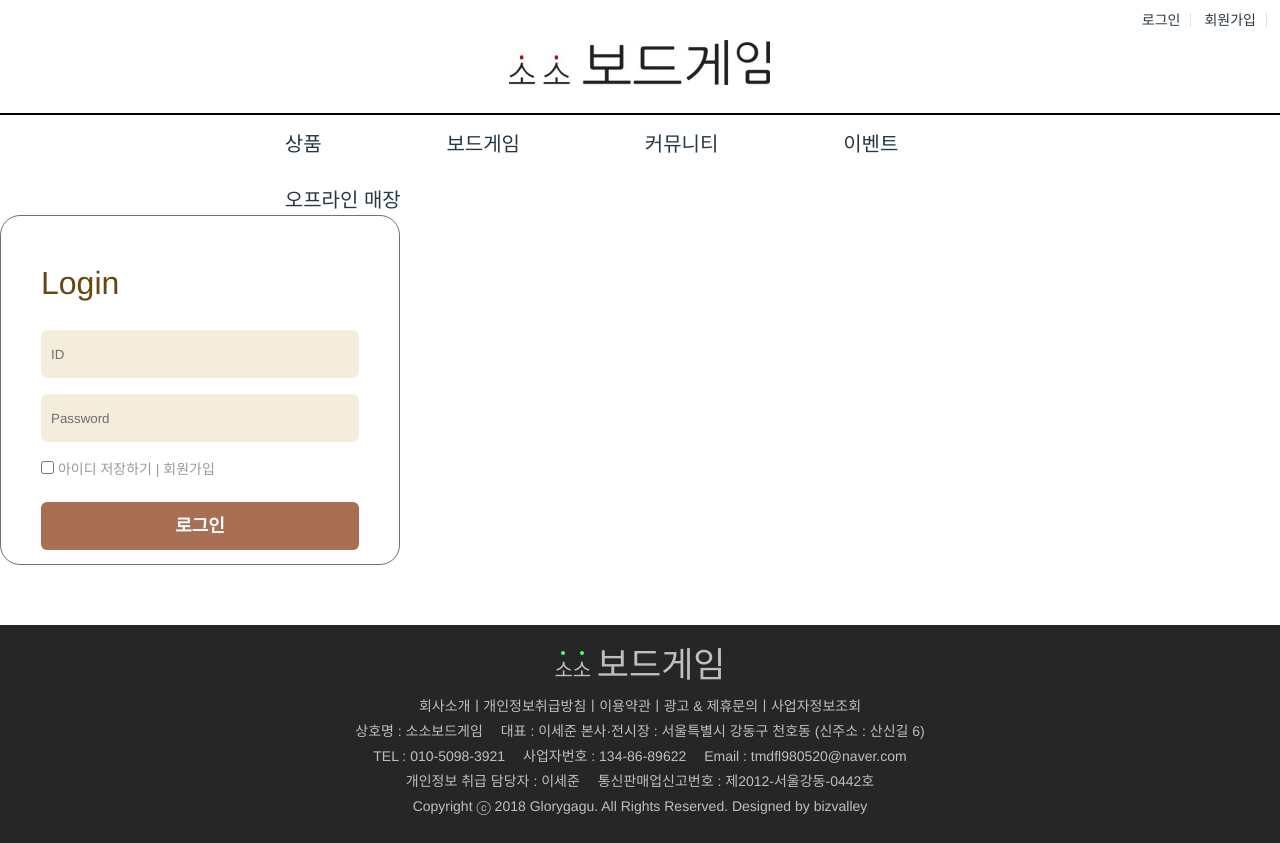
Repository: sejun98/sosobordgameJSP
Page: http://localhost/singup/login_form.jsp
These files come from the project's save history. The page is drawn as it stood at one moment and after the next save; the edit follows.
The browser window is 1280 px wide. The pictures show the whole page.
Some web fonts or font styles are not loaded; a fallback is used. The page is served by Tomcat 9.

Above is the page before, as saved 2022-10-07 07:27:07.

### singup/src/main/webapp/login_form.jsp
<%@ page language="java" contentType="text/html; charset=UTF-8"
    pageEncoding="UTF-8"%>
<%@ page import="java.sql.*" %>
<%@ page import="java.text.*" %>
<%@ page import="java.util.*, java.lang.*"  %>
<!DOCTYPE html>
<html>
<head>
<meta charset="UTF-8">
<title>로그인 폼</title>
<link rel="shortcut icon" href="images/pabicon.ico">
<link rel="stylesheet" href="css/login.css">
<link rel="stylesheet" href="css/reset.css">
<link href="https://fonts.googleapis.com/css?family=Nanum+Gothic" rel="stylesheet">
<link rel="stylesheet" type="text/css" href="css/slick.css">
<link rel="stylesheet" type="text/css" href="css/slick-theme.css">
<link href="https://fonts.googleapis.com/css?family=Poor+Story" rel="stylesheet">


</head>
<body>

<%
	String name = (String)session.getAttribute("name");
	if(name == null) {
%>
<!--header start//-->
<header id="dowowow">
	<a href="#dowowow" class="ssg"><div id="top"></div></a>
	<div id="header_top">
		<ul>
			<li><a href="#">로그인</a></li>
			<li><a href="#">회원가입</a></li>
		</ul>
	</div>
	<div id="logo">
		<a href="index.html"><img src="images/design_index_03red.jpg" alt="헤드메뉴" width="262" sizes="100%"></a>
	</div>
	<div class="header_menu">
		<ul>
			<div class="header_menu_bar">
				<li><a href="Good.html" class="bold">상품</a></li>
				<li><a href="#">보드게임</a></li>
				<li><a href="board.html" class="bold">커뮤니티</a></li>
				<li><a href="event.html" class="bold">이벤트</a></li>
				<li><a href="#">오프라인 매장</a></li>
			</div>
		</ul>
	</div>
</header>
<!--header end//-->
<div class="menu">
	<div class="container">
	<div class="login-wrapper">
			<h2>Login</h2>
			<form method="post" action="<%= request.getContextPath() %>/login_pro.jsp" id="login-form">
				<input type="text" name="id" placeholder="ID">
				<input type="password" name=pw placeholder="Password">
				<label for="remember-check" class="idsave">
					<input type="checkbox" id="remember-check">  아이디 저장하기 | 회원가입
				</label>
				<input type="submit" value="로그인">
			</form>
	</div>

<footer>
	<div class="footer_box">
		<div class="footer_title">
			<span id="susu">소소
				<span class="footer_title_wja"></span>
				<span class="footer_title_wja2"></span>
			</span>
			보드게임
		</div>
		<div class="footer_txt">
			회사소개ㅣ개인정보취급방침ㅣ이용약관ㅣ광고 & 제휴문의ㅣ사업자정보조회<br>
			상호명 : 소소보드게임  　대표 : 이세준   본사·전시장 : 서울특별시 강동구 천호동 (신주소 : 산신길 6) <br>

			TEL : 010-5098-3921　  사업자번호 : 134-86-89622  　Email : tmdfl980520@naver.com <br>

			개인정보 취급 담당자 : 이세준  　통신판매업신고번호 : 제2012-서울강동-0442호 <br>

			Copyright ⓒ 2018 Glorygagu. All Rights Reserved. Designed by bizvalley
		</div>
	</div>
</footer>


<script src="https://code.jquery.com/jquery-2.2.0.min.js" type="text/javascript"></script>
<script type="text/javascript">
 $(document).ready(function() {
    $("a.ssg").anchorAnimate()
 });
 jQuery.fn.anchorAnimate = function(settings) {
    settings = jQuery.extend({
    speed : 1000
    }, settings);
    return this.each(function(){
    var caller = this
    $(caller).click(function (event) {
    event.preventDefault()
    var locationHref = window.location.href
    var elementClick = $(caller).attr("href")
    var destination = $(elementClick).offset().top;
    $("html:not(:animated),body:not(:animated)").animate({ scrollTop: destination}, settings.speed, function()
    {
    window.location.hash = elementClick
    });
     return false;
    })
    })
 }
</script>
<%
	} else {
			%>
		<%= name %>님 로그인 중
		<a href="<% request.getContextPath(); %> logout.jsp">로그아웃</a>
		<%
	}
%>

</body>
</html>

### singup/src/main/webapp/css/login.css

header {
	width: 100%;
}

#header_top {
	float: right;
}
#header_top ul li {
	float: left;
	padding: 13px;
	padding-left: 0;
	line-height: 1;
}
#header_top ul li:nth-child(1) a{
	border-right: solid 1px;
	border-color: #E0E0E0;
	margin: 0px;
}
#header_top ul li:nth-child(2) a{
	margin-right: 0;
	border-right: solid 1px;
	border-color: #E0E0E0;
	margin: 0px;
}

#header_top ul li a {
	display: block;
	margin-right: 65px;
	padding-right: 10px;
}
header #logo {
	clear: both;
	text-align: center;
	margin-bottom: 20px;
}
.header_menu {
	width:100%;
	height: 60px;
	border-top: solid 2px;
}
.header_menu ul li {
	float: left;
	margin-left: 13%;
}
.header_menu ul li a {
	display: block;
	padding: 12px 0px 10px 0px;
	font-size: 20px;
	font-family: 'Nanum Gothic', sans-serif;
}
.header_menu ul li .bold:hover {
	font-weight:bold;
}
.header_menu ul li:nth-child(5) {
	float: left;
}
.header_menu_bar{
	width: 75%;
	margin: 0 auto;

}
/*header end //----------------------------*/
/*container start ------*/
*{
    padding: 0;
    margin: 0;
    border: none;
}
body{
    font-size: 14px;
    font-family: 'Roboto', sans-serif;
}


.login-wrapper{
	margin-top: 40px;
	border: 1px solid rgb(112, 112, 112);
	border-radius: 20px;
    width: 400px;
    height: 350px;
    padding: 40px;
    box-sizing: border-box;
}

.login-wrapper > h2{
    font-size: 32px;
    color: #68460f;
    margin-bottom: 20px;
}
#login-form > input{
    width: 100%;
    height: 48px;
    padding: 0 10px;
    box-sizing: border-box;
    margin-bottom: 16px;
    border-radius: 6px;
    background-color: #F5EDDC;
}
#login-form > input::placeholder{
    color: #6d6d6d;
}
#login-form > input[type="submit"]{
    color: #fff;
    font-size: 18px;
	font-weight: bold;
    background-color: #a86f55;
    margin-top: 20px;
}
#login-form > input[type="checkbox"]{
    display: none;
}
#login-form > label{
    color: #999999;
}
#login-form input[type="checkbox"] + label{
    cursor: pointer;
    padding-left: 26px;
    background-image: url("checkbox.png");
    background-repeat: no-repeat;
    background-size: contain;
}
#login-form input[type="checkbox"]:checked + label{
    background-image: url("checkbox-active.png");
    background-repeat: no-repeat;
    background-size: contain;
}
.idsave{
	margin-left : 20%;
}

/*container end ------*/
.down_box {
	width: 100%;
	height: 296px;
	background-color: #CDFFC3;
	float: left;
}
.down_box_img {
	background-image: url(../images/User_dow.jpg);
	background-repeat: no-repeat;
	width: 50%;height: 300px;
	float: left;
}
.down_box_txt {
	color: white;
	font-size: 35px;
	text-align: center;
	margin-top: 60px;
	position: relative;
}
.down_soso {
	font-size: 20px;
}
.down_soso span:before {
	content: "��";
	color: #dc3434;
	font-size: 1em;
	position: relative;
	left: 19px;
	top: -20px;
}
.down_sosos{
	font-size: 20px;
}
.down_sosos span:before {
	content: "��";
	color: #f7f549;
	font-size: 1em;
	position: relative;
	left: 19px;
	top: -20px;
}
.down_soso_img {
	background-image: url(../images/design_inde22x_08.jpg);
	width: 4px;height: 4px;
	position: absolute;
	left: 313px; top: 15px;
}
.down_soso_img2 {
	background-image: url(../images/design_inde22x_08.jpg);
	width: 4px;height: 4px;
	position: absolute;
	left: 333px; top: 15px;
}
.down_box_txt p {
	margin-top: -25px;
	font-size: 45px;
}
.down_box_txt .pp2{
	line-height: 46px;
	font-size: 20px;
}
.search {
	width: 421px;
	position: relative;
	margin-left: 50%;
	transform: translateX(-50%);
}
.inputbox {
	float: left;
	font-size: 18px;
	color: #ebebeb;
	padding-left: 10px;
	background-color: rgba(255,255,255,0);
	border: solid 5px #ebebeb;
	width: 421px; height: 46px;
	margin-top: 10px;


}
.search .inputbox_button{
	position: absolute;
	top: 20px;right: -13px;
	background-color: transparent;
}



.down_title {
	margin-top: 20px;
	width: 200px; height: 50px;
	background-color: #fff;
	border-radius: 50px;
	margin-left: 50%;
	transform: translateX(-50%);
	color: #000;
	font-size: 20px;
	font-weight: bold;
	line-height: 50px;

}
.down_title:hover {
	background-color: #646464;
	color: #F0F0F0
}
/*footer start*/
.footer_box {
	width: 100%; height: 218px;
	background-color: #262626;
	clear: both;
	color: #bfbfbf;
}
.footer_title {
	padding-top: 10px;
	font-size: 35px;
	text-align: center;
	margin-top: 60px;
	position: relative;
}
.footer_title span {
	font-size: 20px;
}
.footer_txt {
	font-size: 14px;
	text-align: center;
	line-height: 25px;
}
.footer_title_wja {
	background-image: url(../images/design_indexdd_03.jpg);
	width: 4px;height: 4px;
	background-repeat: no-repeat;
	float: left;
	position: absolute;
	top: -8px;right: 13px;
}
.footer_title_wja2 {
	background-image: url(../images/design_indexdd_03.jpg);
	width: 4px;height: 4px;
	background-repeat: no-repeat;
	float: left;
	position: absolute;
	top: -8px;right: 32px;
}

#susu {
	position: relative;
}

#rjatk {
	float: left;
}

/*Slick*/
 .slider {
        width: 50%;
        margin: 0 auto;
    }

    .slick-slide {
      margin: 0px 20px;
    }

    .slick-slide img {
      width: 90%;
      margin: 0 auto;
      padding-top: 5%;
    }

    .slick-prev:before,
    .slick-next:before {
      color: black;
    }


    .slick-slide {
      transition: all ease-in-out .3s;
      opacity: 1;
    }

    .slick-active {
      opacity: 1;
    }

    .slick-current {
      opacity: 1;
    }
    /*slick*/

### singup/src/main/webapp/css/reset.css
*{
 margin:0;
 padding:0;
 border:none;
 	list-style:none;
	text-decoration: none;
	font-family: 'Nanum Gothic', sans-serif;
	font-family: noto,notojp,notokr,Helvetica
	,Microsoft YaHei,Apple SD Gothic Neo,Malgun Gothic,
	"\B9D1\C740 \ACE0\B515",Dotum,\\B3CB\C6C0,sans-serif;
}

/*여백초기화*/
body, div, dl, dd, dt, ul, li, ol, h1, h2, h3, h4, h5, h6, form, legend, textarea, select, fieldset, p, button {margin: 0; padding: 0;}

/*링크 초기화 */
a { color: #273743; text-decoration: none; }
a:hover { color: #000000; }

/*폰트초기화 */
body, input, textarea, select, button, table {line-height: 1.7} /*나눔고딕은 크로스브라우져에 가장 적합 */

/*h태그 초기화 */
h1, h2, h3, h4, h5, h6 { font-size: 12px; font-weight: normal; }

/*목록태그 초기화*/
li, ol, ul {list-style: none;}

/*ir*/

.ir { width: 0; height: 0; font-size: 0; line-height: 0; overflow: hidden; position: absolute; left: 0; top: 0; }
.cursor {
	cursor:pointer;
}
.down_title:hover {
	background-color: #646464;
	color: #F0F0F0
}

### singup/src/main/webapp/css/slick.css
/* Slider */
.slick-slider
{
    position: relative;

    display: block;
    box-sizing: border-box;
}

.slick-list
{
    position: relative;

    display: block;
    overflow: hidden;

    margin: 0;
    padding: 0;
}
.slick-list:focus
{
    outline: none;
}
.slick-list.dragging
{
    cursor: pointer;
}

.slick-slider .slick-track,
.slick-slider .slick-list
{

}

.slick-track
{
    position: relative;
    top: 0;
    left: 0;

    display: block;
    margin-left: auto;
    margin-right: auto;
}
.slick-track:before,
.slick-track:after
{
    display: table;

    content: '';
}
.slick-track:after
{
    clear: both;
}
.slick-loading .slick-track
{
    visibility: hidden;
}

.slick-slide
{
    display: none;
    float: left;

    height: 100%;
    min-height: 1px;
}
[dir='rtl'] .slick-slide
{
    float: right;
}
.slick-slide img
{
    display: block;
}
.slick-slide.slick-loading img
{
    display: none;
}
.slick-initialized .slick-slide
{
    display: block;
}
.slick-loading .slick-slide
{
    visibility: hidden;
}
.slick-vertical .slick-slide
{
    display: block;

    height: auto;

    border: 1px solid transparent;
}
.slick-arrow.slick-hidden {
    display: none;
}

### singup/src/main/webapp/css/slick-theme.css
/* Slider */
.slick-loading .slick-list
{
    background: #fff url('./ajax-loader.gif') center center no-repeat;
}

/* Icons */
@font-face
{
    font-family: 'slick';
    font-weight: normal;
    font-style: normal;

    src: url('./fonts/slick.eot');
    src: url('./fonts/slick.eot?#iefix') format('embedded-opentype'), url('./fonts/slick.woff') format('woff'), url('./fonts/slick.ttf') format('truetype'), url('./fonts/slick.svg#slick') format('svg');
}
/* Arrows */
.slick-prev,
.slick-next
{
    font-size: 0;
    line-height: 0;

    position: absolute;
    top: 50%;

    display: block;

    width: 20px;
    height: 20px;
    padding: 0;

    transform: translate(0, -50%);

    cursor: pointer;

    color: transparent;
    border: none;
    outline: none;
    background: transparent;
}
.slick-prev:hover,
.slick-prev:focus,
.slick-next:hover,
.slick-next:focus
{
    color: transparent;
    outline: none;
    background: transparent;
}
.slick-prev:hover:before,
.slick-prev:focus:before,
.slick-next:hover:before,
.slick-next:focus:before
{
    opacity: 1;
}
.slick-prev.slick-disabled:before,
.slick-next.slick-disabled:before
{
    opacity: .25;
}

.slick-prev:before,
.slick-next:before
{
    font-family: 'slick';
    font-size: 40px;
    line-height: 1;

    opacity: .75;
    color: white;


}

.slick-prev
{
    left: -25px;
}
[dir='rtl'] .slick-prev
{
    right: -25px;
    left: auto;
}
.slick-prev:before
{
    content: '←';
}
[dir='rtl'] .slick-prev:before
{
    content: '→';
}

.slick-next
{
    right: -25px;
}
[dir='rtl'] .slick-next
{
    right: auto;
    left: -25px;
}
.slick-next:before
{
    content: '→';
}
[dir='rtl'] .slick-next:before
{
    content: '←';
}

/* Dots */
.slick-dotted.slick-slider
{
    margin-bottom: 30px;
}

.slick-dots
{
    position: absolute;
    bottom: -25px;

    display: block;

    width: 100%;
    padding: 0;
    margin: 0;

    list-style: none;

    text-align: center;
}
.slick-dots li
{
    position: relative;

    display: inline-block;

    width: 20px;
    height: 20px;
    margin: 0 5px;
    padding: 0;

    cursor: pointer;
}
.slick-dots li button
{
    font-size: 0;
    line-height: 0;

    display: block;

    width: 20px;
    height: 20px;
    padding: 5px;

    cursor: pointer;

    color: transparent;
    border: 0;
    outline: none;
    background: transparent;
}
.slick-dots li button:hover,
.slick-dots li button:focus
{
    outline: none;
}
.slick-dots li button:hover:before,
.slick-dots li button:focus:before
{
    opacity: 1;
}
.slick-dots li button:before
{
    font-family: 'slick';
    font-size: 6px;
    line-height: 20px;

    position: absolute;
    top: 0;
    left: 0;

    width: 20px;
    height: 20px;

    content: '•';
    text-align: center;

    opacity: .25;
    color: black;

}
.slick-dots li.slick-active button:before
{
    opacity: .75;
    color: black;
}

After the next save:
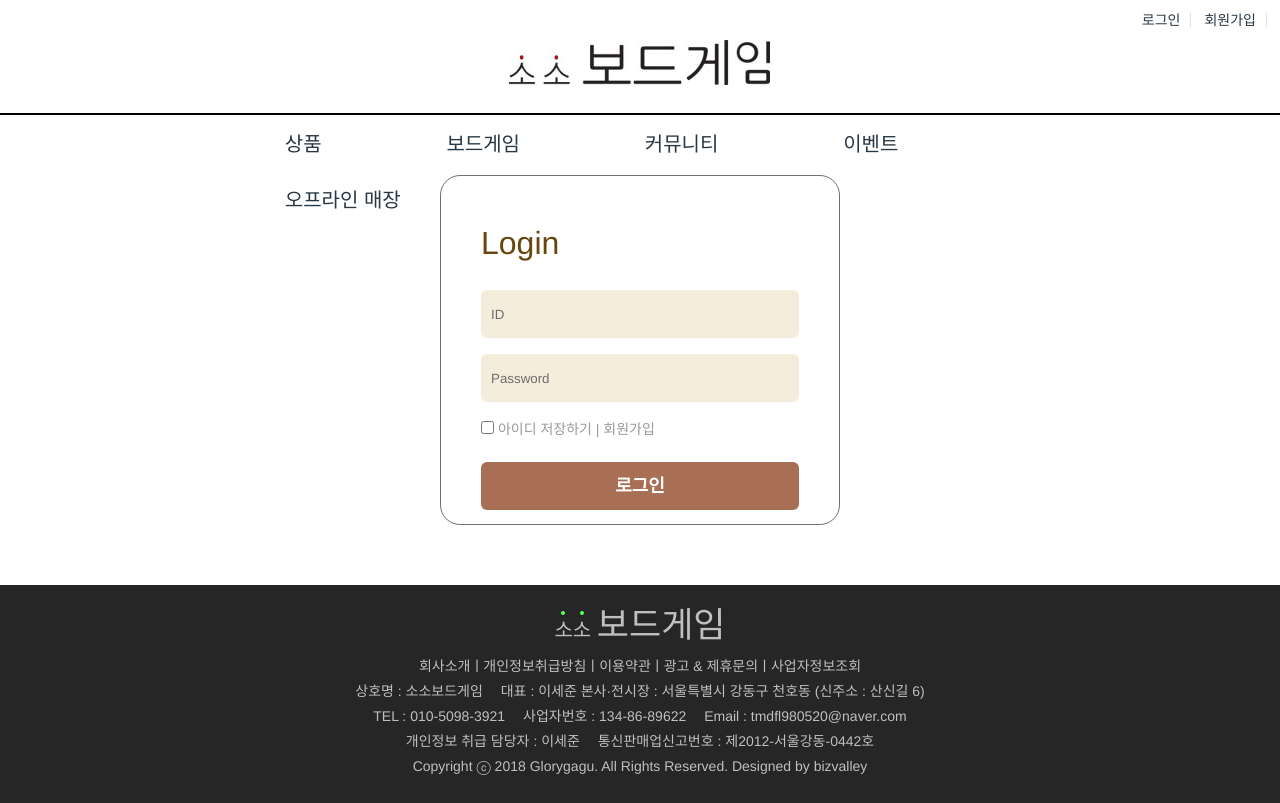
Saved 44 s later.
--- a/singup/src/main/webapp/css/login.css
+++ b/singup/src/main/webapp/css/login.css
@@ -125,6 +125,9 @@
     background-repeat: no-repeat;
     background-size: contain;
 }
+.login-wrapper {
+	margin: auto;
+}
 .idsave{
 	margin-left : 20%;
 }

After the 4 saves that followed:
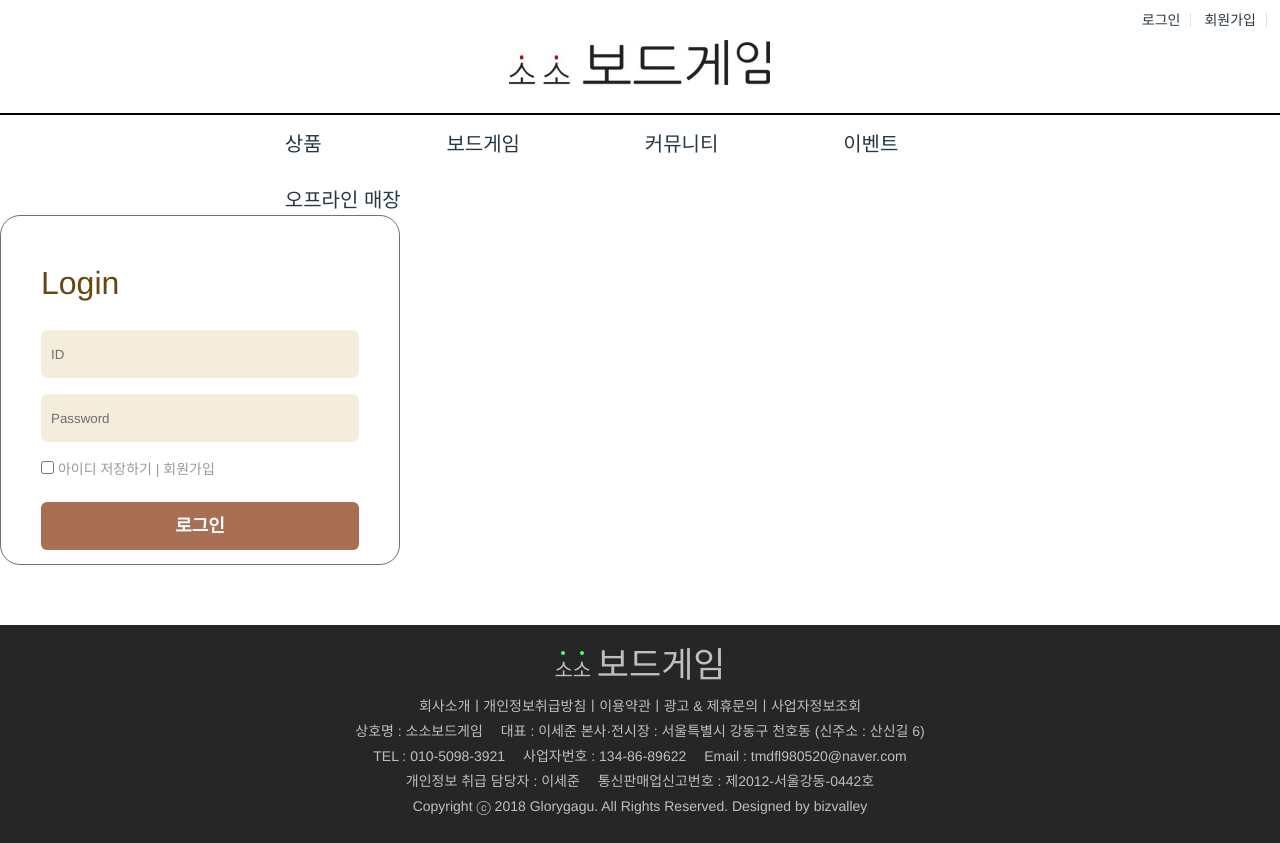
The 4 saves are shown as one change because 3 left the picture as it was.
The last was saved 2 min 55 s later.
--- a/singup/src/main/webapp/login_form.jsp
+++ b/singup/src/main/webapp/login_form.jsp
@@ -51,7 +51,7 @@
 <!--header end//-->
 <div class="menu">
 	<div class="container">
-	<div class="login-wrapper">
+		<div class="login-wrapper">
 			<h2>Login</h2>
 			<form method="post" action="<%= request.getContextPath() %>/login_pro.jsp" id="login-form">
 				<input type="text" name="id" placeholder="ID">
@@ -61,8 +61,9 @@
 				</label>
 				<input type="submit" value="로그인">
 			</form>
+		</div>
 	</div>
-
+</div>
 <footer>
 	<div class="footer_box">
 		<div class="footer_title">
--- a/singup/src/main/webapp/css/login.css
+++ b/singup/src/main/webapp/css/login.css
@@ -83,6 +83,7 @@
     box-sizing: border-box;
 }
 
+
 .login-wrapper > h2{
     font-size: 32px;
     color: #68460f;
@@ -125,9 +126,7 @@
     background-repeat: no-repeat;
     background-size: contain;
 }
-.login-wrapper {
-	margin: auto;
-}
+
 .idsave{
 	margin-left : 20%;
 }
